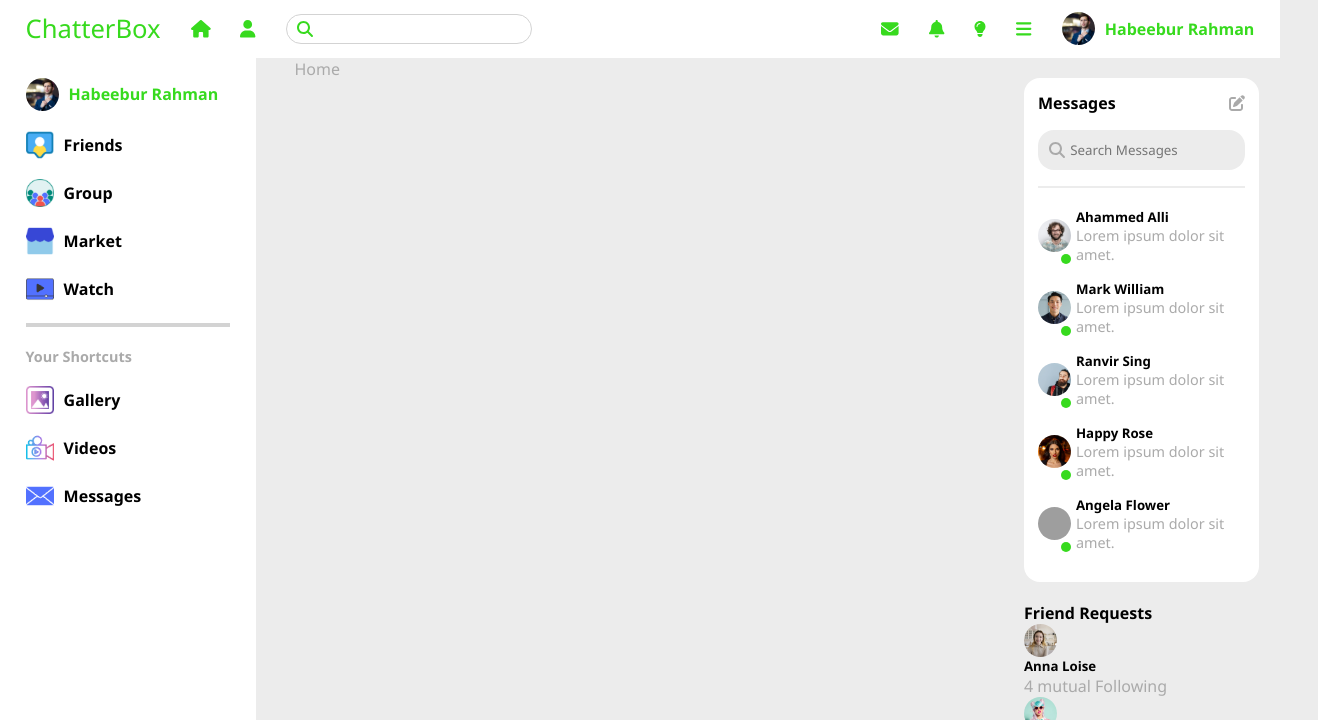
Repository: Habeebur1493/social-media-app
Page: /
The author's editor kept a copy of each file at every save. The page is drawn from the files as they stood at one save, then again after the next save.
The browser window is 1280 px wide. The page is 1318 px wide, so the pictures cover 1318 px, including what lies to the right of the window. The pictures show the whole page.
Pictures or frames that could not be fetched are drawn as grey boxes. The project was rebuilt for these pictures with package versions that can differ from the ones it lists, and the page was loaded fresh each time. Also part of the build but not shown: vite.config.js, src/pages/login/login.css, src/pages/login/Login.jsx, src/pages/signup/signup.css, src/pages/signup/Signup.jsx, src/pages/profile/Profile.jsx, src/pages/chatbox/Chatbox.jsx, src/components/friendReq/friendreq.css.

Above is the page before, as saved 2025-01-29 12:21:36.

### src/App.jsx
import './App.css'
import Layout from './Layout/layout'

function App() {

  return (
    <>
      <Layout />

    </>
  )
}

export default App

### src/App.css
*{
  margin: 0;
  padding: 0;
  box-sizing: border-box;
  text-align: none;
  list-style: none;
  font-family: 'Segoe UI', Tahoma, Geneva, Verdana, sans-serif;
  text-decoration: none;
  outline: none;
  border: none;
}

:root{
  --color-primary:#37da1e;
  --text-color: black;
  --color-bg:rgb(236, 236, 236);
  --color-card: white;
  --color-soft:#aaaaaa;
  --color-border:lightgray;
  --color-red:red;
}

.darkmode{
  --text-color: white;
  --color-bg:black;
  --color-card:#111111;

}

body{
  overflow-x: hidden;
}

.container{
  max-width: 991px;
  width: 100%;
  margin: 0 auto;
}
h1,h2,h3,h4,h5{
  font-weight: 600;
  color: var(--text-color);
}
img{
  width: 100%;
  display: block;
  object-fit: cover;
}
.user{
  display: flex;
  align-items: center;
  gap: 10px;
}
.user img{
  width: 33px;
  aspect-ratio: 1/1;
  border-radius: 50%;
}
.user h4{
  color: var(--color-primary)
}
body{
  background: var(--color-bg);
  color: var(--color-soft);
}
small,p{
  color: var(--color-soft);
}
.btn{
  padding: .6rem 1.6rem;
  display: inline-block;
  width: fit-content;
  cursor: pointer;
  border-radius: .5rem;
  font-size: .9rem;
  font-weight: 500;
  border: none;
  transition: .3s ease;

}
.btn:hover{
  opacity: .7;
}
.btn-primary{
  background: var(--color-primary);
  color: white;
}

.btn-red{
  background: var(--color-red);
  color: white;
}

main{
  display: grid;
  grid-template-columns: 20% 54% 23%;
  gap: 3%;
  width: 100%;
}

### src/Layout/layout.jsx
import React from 'react'

import { createBrowserRouter, Outlet, RouterProvider } from 'react-router-dom'

//Pages.....
import Login from '../pages/login/Login'
import Signup from '../pages/signup/Signup'
import Home from '../pages/home/Home'
import Profile from '../pages/profile/Profile'
import Chatbox from '../pages/chatbox/Chatbox'


//Components.....
import Nav from '../components/nav/Nav'
import LeftBar from '../components/leftbar/LeftBar'
import RightBar from '../components/rightbar/RightBar'

export default function layout() {

//Feed..........
const Feed = () => {
    return (
        <>
        <Nav/>
            <main>
                <LeftBar/>
                <div className="container">
                    <Outlet/>
                </div>
                <RightBar/>
            </main>
        </>
    )
}


    //Router..........
    const router = createBrowserRouter([
        {
            path : '/',
            element : <Feed/>,
            children: [
                {
                    path : '/',
                    element :<Home/>
                },
                {
                    path : '/profile/:id',
                    element :<Profile/>
                },
                {
                    path : '/chatbox/:id',
                    element :<Chatbox/>
                },
               ]
        },

        {
            path : '/login',
            element : <Login/>
        },
        {
            path : '/signup',
            element : <Signup/>
        },
    ])


    return (
        <>
            <RouterProvider router={router} />
        </>
    )
}

### src/pages/home/Home.jsx
import React from 'react'

export default function Home(){
  return (
    <div>
        Home
    </div>
  )
}

### src/components/nav/Nav.jsx
import React from 'react'
import './nav.css'
import { Link } from 'react-router-dom'

//Fake API............

import CurrentUser from '../../FackApis/CurrentUserData'

//Components............

import Darkmode from '../darkmod/Darkmode'

// FontAwesome Icons............
import { FontAwesomeIcon } from '@fortawesome/react-fontawesome'
import { faSearch, faHome, faUser, faEnvelope, faBell, faBars } from '@fortawesome/free-solid-svg-icons'


export default function Nav() {
  return (
    <nav>
      <div className="nav-container">
        {/* ............Nav Left........ */}
        <div className="nav-left">
          <Link to='/'>
            <h3 className='logo'>ChatterBox</h3>
          </Link>
          <Link to='/'>
            <FontAwesomeIcon icon={faHome}/>
          </Link>
          <Link to='/profile/id'>
            <FontAwesomeIcon icon={faUser}/>
          </Link>
          <div className="Nav-Searchbar">
            <FontAwesomeIcon icon={faSearch}/>
            <input type="search" />
          </div>
        </div>
{/* ............Nav Right........ */}
        <div className="nav-right">
          <Link to='/chatbox/id'>
            <FontAwesomeIcon icon={faEnvelope}/>
          </Link>
          <Link to='/'>
            <FontAwesomeIcon icon={faBell}/>
          </Link>
          <Darkmode/>
          <Link to='/'>
            <FontAwesomeIcon icon={faBars}/>
          </Link>
          <div className="user">
            <img src={CurrentUser.map(user => (user.ProfieImage))} alt="" />
            <h4>Habeebur Rahman</h4>
          </div>
        </div>
      </div>
    </nav>
  )
}

### src/components/leftbar/LeftBar.jsx
import React from 'react'
import './leftbar.css'
import { Link } from 'react-router-dom'


//Components.......
import CurrentUser from '../../FackApis/CurrentUserData'

//Icon Image......
import Friend from '../../assets/icon/1.png'
import Group from '../../assets/icon/2.png'
import Market from '../../assets/icon/3.png'
import Watch from '../../assets/icon/4.png'
import Gallery from '../../assets/icon/5.png'
import Videos from '../../assets/icon/6.png'
import Messages from '../../assets/icon/7.png'

export default function LeftBar() {
  return (
    <div className='leftbar'>
      <div className="left-container">
        <div className="menu">
          <Link to='/profile/id'>
          <div className="user">
            <img src={CurrentUser.map(user=>(user.ProfieImage))} alt="" />
            <h4>Habeebur Rahman</h4>
          </div>
          </Link>
          <Link to='/'>
          <div className="item">
            <img src={Friend} alt="" />
            <h4>Friends</h4>
          </div>
          </Link>
          <Link to='/'>
          <div className="item">
            <img src={Group} alt="" />
            <h4>Group</h4>
          </div>
          </Link>
          <Link to='/'>
          <div className="item">
            <img src={Market} alt="" />
            <h4>Market</h4>
          </div>
          </Link>
          <Link to='/'>
          <div className="item">
            <img src={Watch} alt="" />
            <h4>Watch</h4>
          </div>
          </Link>

        </div>
          <hr />
        <div className="menu">
          <h4 className='others'>Your Shortcuts</h4>
          <Link to='/'>
          <div className="item">
            <img src={Gallery} alt="" />
            <h4>Gallery</h4>
          </div>
          </Link>
          <Link to='/'>
          <div className="item">
            <img src={Videos} alt="" />
            <h4>Videos</h4>
          </div>
          </Link>
          <Link to='/'>
          <div className="item">
            <img src={Messages} alt="" />
            <h4>Messages</h4>
          </div>
          </Link>
        </div>
      </div>
    </div>
  )
}

### src/components/rightbar/RightBar.jsx
import React from 'react'
import './rightbar.css'

//Components.......
import Message from '../message/Message'
import FriendReq from '../friendReq/FriendReq'


export default function RightBar() {
  return (
    <div className='rightbar'>
      <div className="rightbar-container">
        <Message/>
        <FriendReq/>
      </div>
    </div>
  )
}

### src/components/nav/nav.css
nav{
    height: 3.6rem;
    display: flex;
    align-items: center;
    justify-content: center;
    border-bottom: 1px solid var (--color-border);
    color: var(--color-primary);
    position: sticky;
    z-index: 10;
    background: var(--color-card);
    top: 0;
}

.nav-container{
    width: 96%;
    display: flex;
    align-items: center;
    justify-content: space-between;
}
.nav-container a{
    color: var(--color-primary);
    font-size: 1.1rem;
}
.nav-left{
    display: flex;
    align-items: center;
    gap: 30px
}

.logo{
    color: var(--color-primary);
    font-size: 1.6rem;
    font-weight: 400;
}

.Nav-Searchbar{
    display: flex;
    align-items: center;
    gap: 10px;
    border: 1px solid var(--color-border);
    border-radius: 2rem;
    padding: 5px 10px;
}

.Nav-Searchbar input{
    background: transparent;
    color: var(--color-primary);
}
.nav-right{
    display: flex;
    align-items: center;
    gap: 30px;
}

/* Media Queries */

@media(max-width: 768px) {
     nav .user{
        display: none;
     }
     .nav-container a{
        font-size: 1rem;
     }
     .nav-container .logo{
        font-size: 1.3rem;
     }
     .Nav-Searchbar{
        border: none;
        padding: 0;
     }
     .Nav-Searchbar input{
        display: none;
     }
     .nav-left, .nav-right{
        gap: 20px;
     }
}

### src/FackApis/CurrentUserData.js

import ProfieImage from '../assets/img/CurentProfile.jpeg';
import CoverPhoto from '../assets/img/CoverPhotos.jpg';

const CurrentUser = [
    {
        id: 'me',
        name : 'Habeebur Rahman',
        username: '@theHabeebur',
        ProfieImage: ProfieImage,
        CoverPhoto: CoverPhoto
    }
];

export default CurrentUser;

### src/components/darkmod/Darkmode.jsx
import React from 'react'
import './darkmode.css'


// FontAwesome Icon........


import { FontAwesomeIcon } from '@fortawesome/react-fontawesome'
import { faLightbulb } from '@fortawesome/free-solid-svg-icons'

export default function Darkmode() {

  const Darkmode = () => {
    document.querySelector('body').classList.toggle('darkmode');
  }
  return (
    <div className='dark-mood-icon'>
        <FontAwesomeIcon icon={faLightbulb}
        onClick={Darkmode} />
    </div>
  )
}

### src/components/leftbar/leftbar.css
.leftbar{
    position: sticky;
    top: 3.6rem;
    background: var(--color-card);
    height: calc(100vh -3.6rem);
    overflow: auto;
}
.leftbar::-webkit-scrollbar{
    display: none;
}
.left-container{
    width: 80%;
    margin: 0 auto;
}
.left-container .user{
    margin-top: 20px;
}

.left-container .item{
    display: flex;
    align-items: center;
    gap: 10px;
    margin: 20px 0;
}
.left-container .item img{
    width: 28px;
}

hr{
    background: var(--color-border);
    border: none;
    height: 4px;
    margin-bottom: 20px;
}
.others{
    color: var(--color-soft);
    font-size: .9rem;
}

/* Media Quries */

@media (max-width: 1024px){
    .left-container{
        width: fit-content;
    }
    .left-container h4{
        display: none;
    }
}

@media (max-width:991px){
    .leftbar{
        display: none;
    }
}

### src/components/rightbar/rightbar.css
.rightbar{
    height: calc(100vh - 3.6rem);
    /* background: var(--color-card); */
    position: sticky;
    top: 3.6rem;
    overflow: auto;
}

.rightbar::-webkit-scrollbar{
    display: none;
}
.rightbar-container{
    width: 80%;
}

### src/components/message/Message.jsx
import React from 'react'
import { Link } from 'react-router-dom'

import './message.css'

//Fack Api.............

import MessageData from '../../FackApis/MessageData'

// Font Awesome Icons............

import { FontAwesomeIcon } from '@fortawesome/react-fontawesome'
import { faSearch, faHome, faUser, faEnvelope, faBell, faBars, faEdit } from '@fortawesome/free-solid-svg-icons'

export default function Message() {
  return (
    <div className='messages'>
      <div className="message-top">
        <h4>Messages</h4>
        <FontAwesomeIcon icon={faEdit}/>
      </div>
      <div className="message-search">
        <FontAwesomeIcon icon={faSearch}/>
        <input type="search" placeholder='Search Messages'/>
      </div>
      <div className="border-div"></div>

      {
        MessageData.map((message) => (
          <Link to='/chatbox/id'>
            <div className="message" key={message.id}>
              <div className="user">
                <img src={message.img} alt="" />
                <div className="green-active"></div>
              </div>
              <div className="message-body">
                <h5>{message.name}</h5>
                <p>{message.mText}</p>
              </div>
            </div>
          </Link>
        ))
      }
    </div>
  )
}

### src/components/friendReq/FriendReq.jsx
import React from 'react'

import './friendReq.css'
import { Link } from 'react-router-dom'

//Fack Api.............

import FriendReqData from '../../FackApis/FriendReqData'

export default function FriendReq() {
  return (
    <div className='Friend-Requests'>
      <h4>Friend Requests</h4>

      {
        FriendReqData.map(friend => (
          <div className="request">
            <Link to='/profile/id'>
              <div className="info" key={friend.id}>
                <div className="user">
                  <img src={friend.img} alt="" />
                </div>
                <div className="info-name">
                  <h5>{friend.name}</h5>
                  <p>{friend.info}</p>
                </div>
              </div>
            </Link>
          </div>
        ))
      }
    </div>
  )
}

### src/components/darkmod/darkmode.css
.dark-mood-icon:{
    transition: .3s ease;
}

.dark-mood-icon:hover{
    transform: scale(1.2);

}

### src/components/message/message.css
.messages{
    background: var(--color-card);
    margin: 20px auto;
    border-radius: 1rem;
    padding: 14px;
}

.message-top{
    display: flex;
    align-items: center;
    justify-content: space-between;
    margin-bottom: 1rem;
}

.message-search{
    background: var(--color-bg);
    display: flex;
    gap: 5px;
    align-items: center;
    border-radius: 1rem;
    padding: .7rem;
    margin-bottom: 1rem;
}

.message-search input{
    background: transparent;
    color: var(--text-color);
}

.border-div{
    width: 100%;
    height: .1rem;
    background: var(--color-bg);
    margin-bottom: 20px;
}
.message{
    display: flex;
    gap: 5px;
    margin-bottom: 1rem ;
}

.message .user{
    position: relative;
}
.green-active{
    height: 10px;
    width: 10px;
    background: var(--color-primary);
    position: absolute;
    bottom: 0;
    right: 0;
    border-radius: 50%;
}
.message p{
    font-size: .9rem;
}

### src/FackApis/MessageData.js

import MeessageImage1 from '../assets/img/MessageProfile1.png'
import MeessageImage2 from '../assets/img/MessageProfile2.jpg'
import MeessageImage3 from '../assets/img/MessageProfile4.jpg'
import MeessageImage4 from '../assets/img/MessageProfile5.jpg'
import MeessageImage5 from '../assets/img/MessageProfile6.jpg'


const Messages =[
    {
        id: 1,
        name: 'Ahammed Alli',
        img: MeessageImage1,
        mText: 'Lorem ipsum dolor sit amet.'
    },
    {
        id: 2,
        name: 'Mark William',
        img: MeessageImage2,
        mText: 'Lorem ipsum dolor sit amet.'
    },
    {
        id: 3,
        name: 'Ranvir Sing',
        img: MeessageImage3,
        mText: 'Lorem ipsum dolor sit amet.'
    },
    {
        id: 4,
        name: 'Happy Rose',
        img: MeessageImage4,
        mText: 'Lorem ipsum dolor sit amet.'
    },
    {
        id: 5,
        name: 'Angela Flower',
        img: MeessageImage5,
        mText: 'Lorem ipsum dolor sit amet.'
    },
];


export default Messages;

### src/FackApis/FriendReqData.js

import FirendImage1 from '../assets/img/FirendReq1.jpg'
import FirendImage2 from '../assets/img/FirendReq1.webp'
import FirendImage3 from '../assets/img/FirendReq2.jpg'
import FirendImage4 from '../assets/img/FirendReq3.jpg'


const Firends =[
    {
        id: 1,
        name: 'Anna Loise',
        img: FirendImage1,
        info: ' 4 mutual Following',
    },
    {
        id: 2,
        name: 'Eva Gacorai',
        img: FirendImage2,
        info: ' 4 mutual Following',
    },
    {
        id: 3,
        name: 'Anny Joly',
        img: FirendImage3,
        info: ' 4 mutual Following',
    },
    {
        id: 4,
        name: 'Prince Adam',
        img: FirendImage4,
        info: ' 4 mutual Following',
    },
];



export default Firends;

Loaded but not shown: index.html (common file); src/main.jsx (common file)

After the next save:
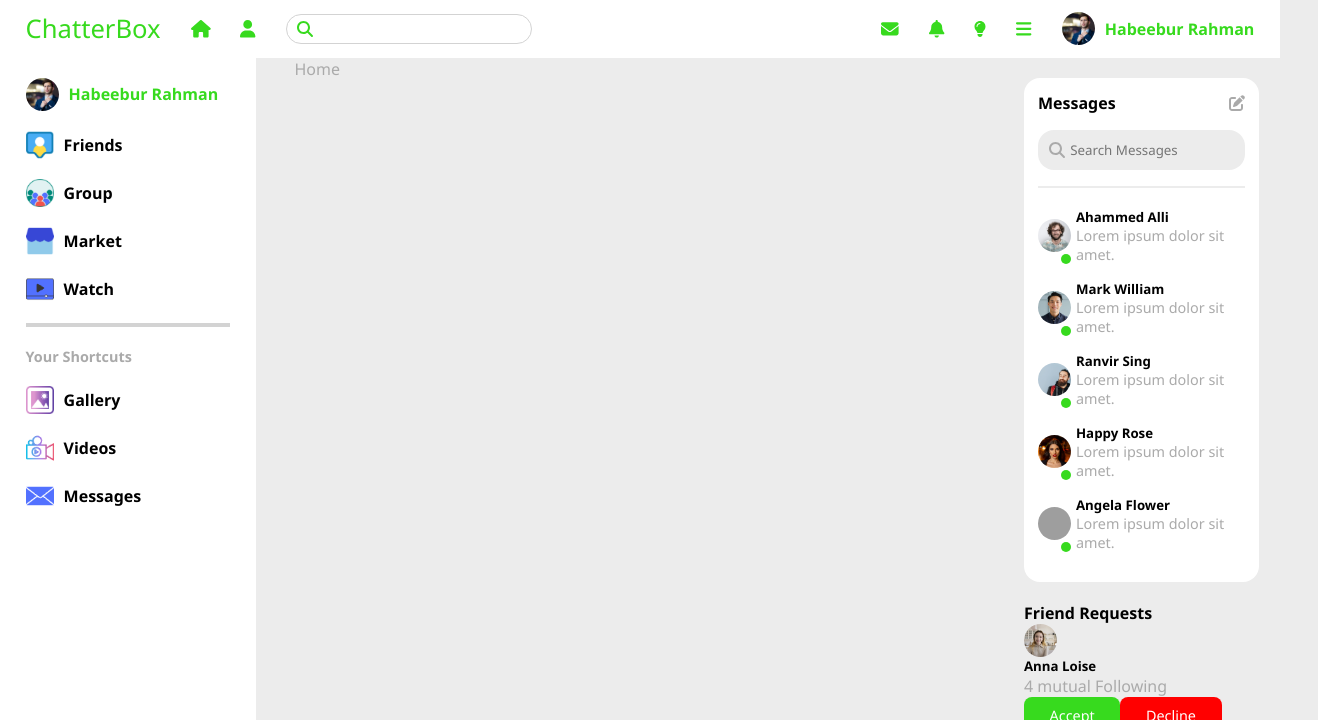
Saved 119 s later.
--- a/src/components/friendReq/FriendReq.jsx
+++ b/src/components/friendReq/FriendReq.jsx
@@ -26,6 +26,10 @@ export default function FriendReq() {
                 </div>
               </div>
             </Link>
+            <div className="action">
+              <button className='btn btn-primary'>Accept</button>
+              <button className='btn btn-red'>Decline</button>
+            </div>
           </div>
         ))
       }
